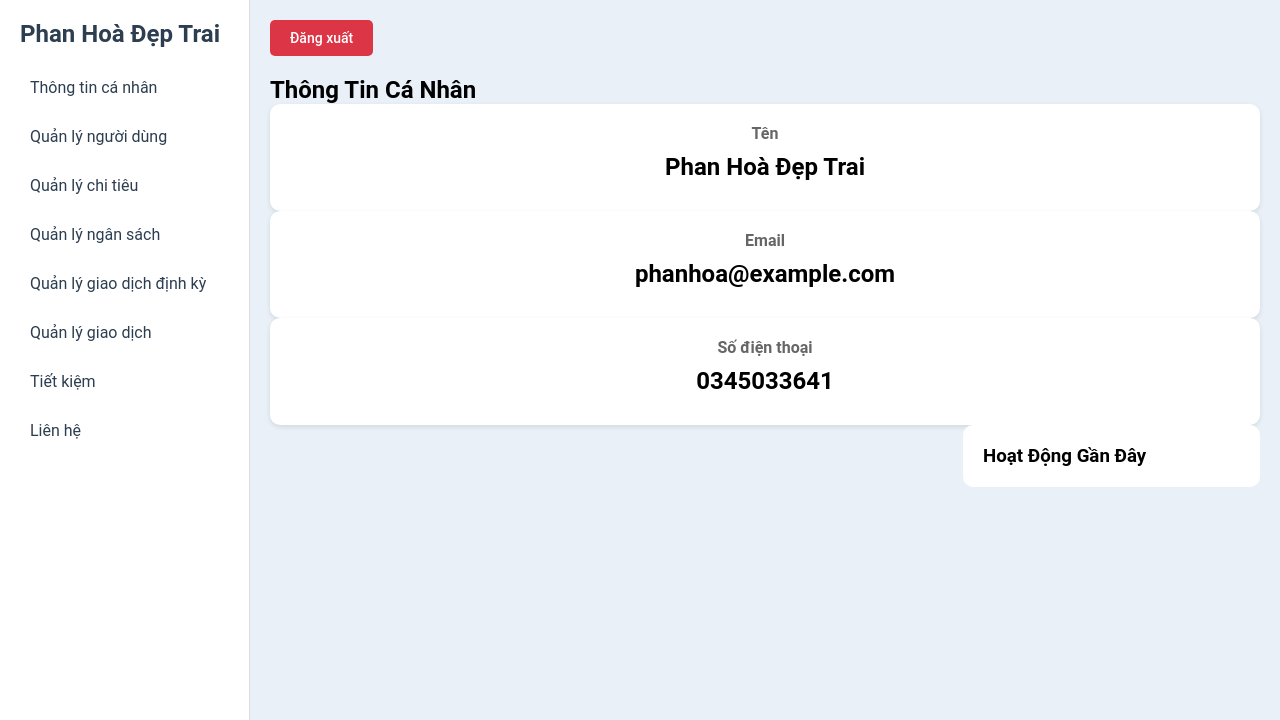
Repository: PhanVanHoa051204/Project3
Page: http://localhost/Project3/profile.jsp
These files come from the project's save history. The page is drawn as it stood at one moment and after the next save; the edit follows.
The browser window is 1280 px wide. The pictures show the whole page.
The page is served by Tomcat 9. The session is filled in as if someone had signed in: {"user_id": 1, "role": "admin"}.

Above is the page before, as saved 2025-03-14 08:27:55.

After the next save:
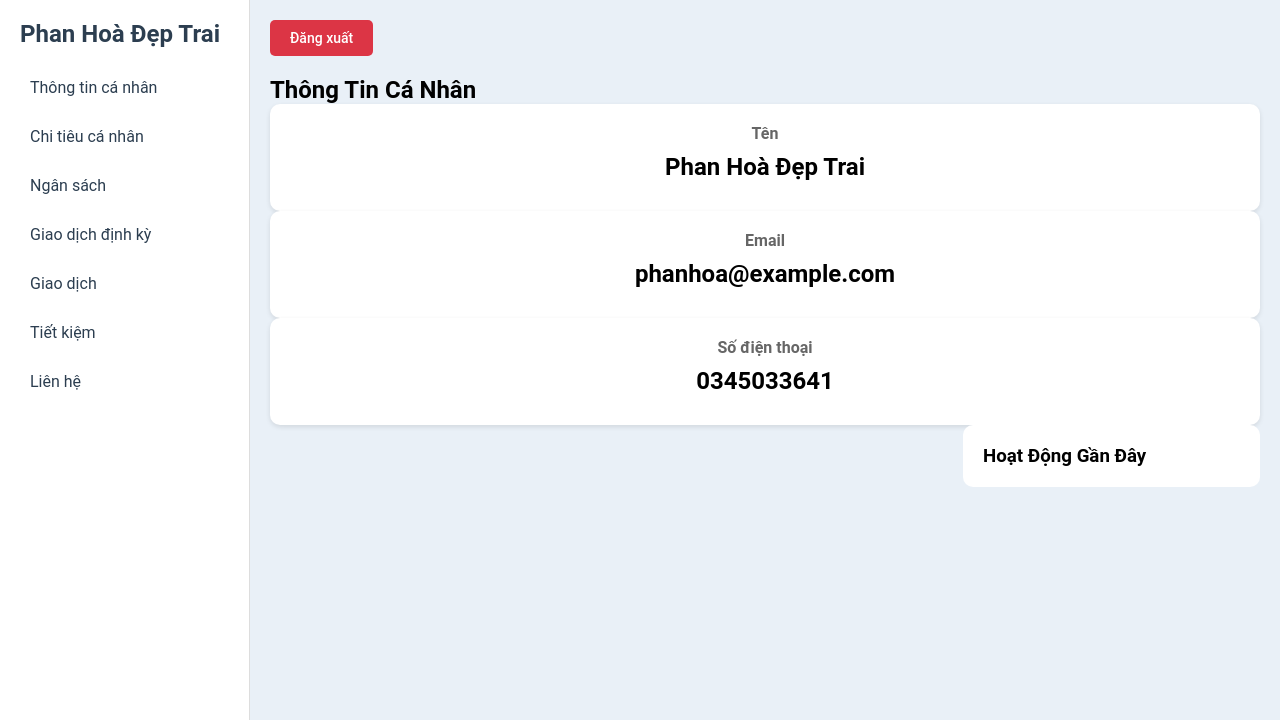
Saved 54 s later.
--- a/PhanVanHoa_2210900023_K22CNT1/Project3/src/main/webapp/profile.jsp
+++ b/PhanVanHoa_2210900023_K22CNT1/Project3/src/main/webapp/profile.jsp
@@ -14,11 +14,11 @@
             <div class="logo">Phan Hoà Đẹp Trai</div>
             <ul>
                 <li><a href="#">Thông tin cá nhân</a></li>
-                <li><a href="${pageContext.request.contextPath}/NguoiDung/users.jsp">Quản lý người dùng</a></li>
-                <li><a href="${pageContext.request.contextPath}/ChiTieu/categories.jsp">Quản lý chi tiêu</a></li>
-                <li><a href="#">Quản lý ngân sách</a></li>
-                <li><a href="#">Quản lý giao dịch định kỳ</a></li>
-                <li><a href="#">Quản lý giao dịch</a></li>
+
+                <li><a href="${pageContext.request.contextPath}/ChiTieu/categories.jsp">Chi tiêu cá nhân</a></li>
+                <li><a href="#"> Ngân sách</a></li>
+                <li><a href="#"> Giao dịch định kỳ</a></li>
+                <li><a href="#"> Giao dịch</a></li>
                 <li><a href="#">Tiết kiệm</a></li>
                 <li><a href="https://web.facebook.com/PhanHoa05122004">Liên hệ</a></li>
             </ul>
